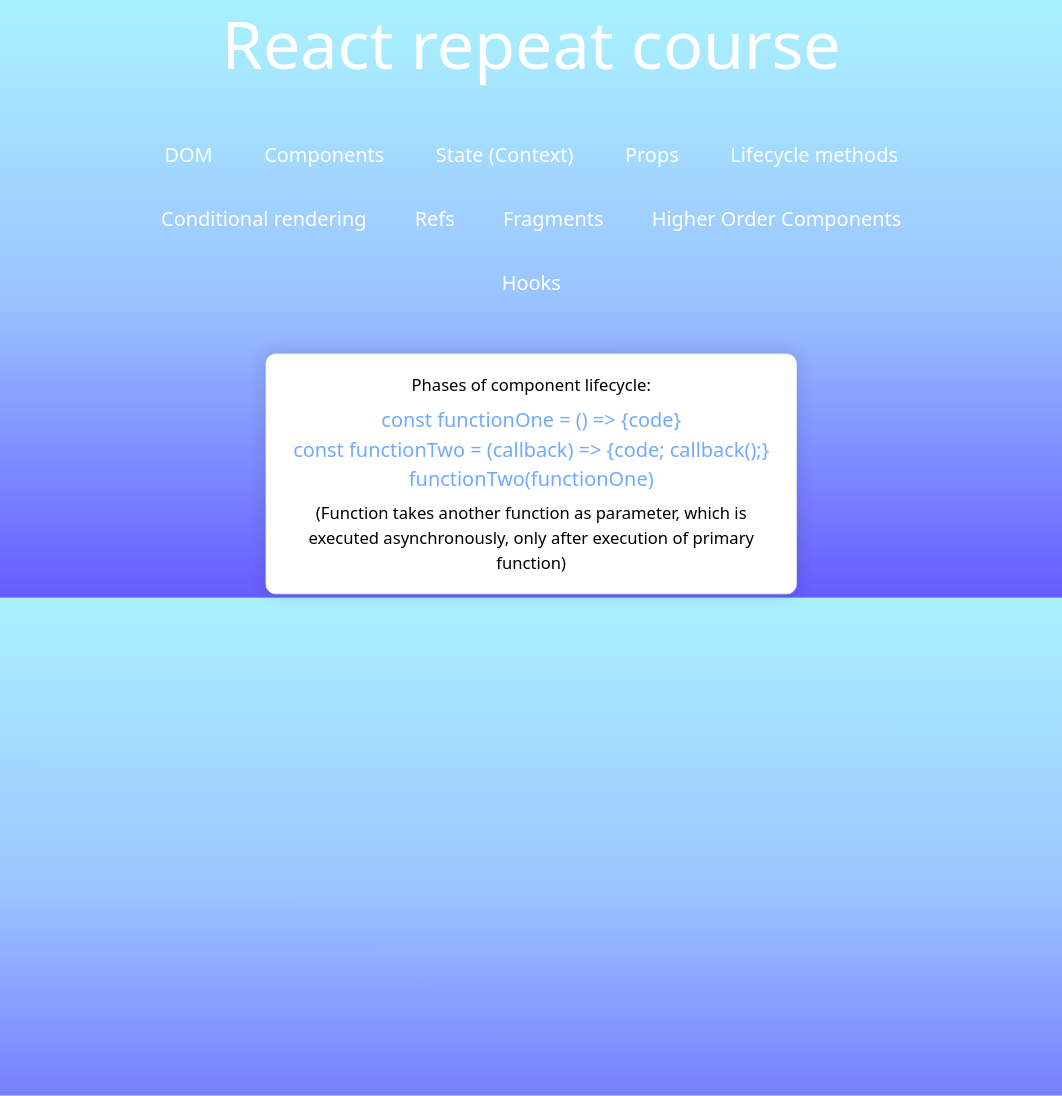
Repository: michalgornicki/github
Page: /#/Lifecycle
The author's editor kept a copy of each file at every save. The page is drawn from the files as they stood at one save, then again after a run of saves.
The browser window is 1280 px wide. The pictures show the whole page, at 83% of full size.
Backgrounds fixed to the window are drawn as part of the page. The project was rebuilt for these pictures with package versions that can differ from the ones it lists, and the page was loaded fresh each time. Also part of the build but not shown: src/components/dom.jsx, src/components/components.jsx, src/components/state.jsx, src/components/props.jsx, src/components/conditional.jsx, src/components/refs.jsx, src/components/fragments.jsx, src/components/hoc.jsx and 1 more.

Above is the page before, as saved 2022-02-07 13:04:47.

### src/App.jsx
import React from "react";
import "./App.css";
import "bootstrap/dist/css/bootstrap.min.css";
import { Route, HashRouter as Router, Routes, Link } from "react-router-dom";
import DOM from "./components/dom.jsx";
import Components from "./components/components.jsx";
import State from "./components/state.jsx";
import Props from "./components/props.jsx";
import Lifecycle from "./components/lifecycle.jsx";
import Conditional from "./components/conditional.jsx";
import Refs from "./components/refs.jsx";
import Fragments from "./components/fragments.jsx";
import HOC from "./components/hoc.jsx";
import Hooks from "./components/hooks.jsx";

const App = () => {
  return (
    <Router>
      <div className="text-center">
        <div className="display-1 mt-1 mb-5 text-white">React repeat course</div>

        <div className="h4 d-flex w-75 m-auto my-5 justify-content-evenly flex-wrap text-white">
          <Link className="link-style m-3" to="/">
            DOM
          </Link>
          <Link className="link-style m-3" to="/Components">
            Components
          </Link>
          <Link className="link-style m-3" to="/State">
            State (Context)
          </Link>
          <Link className="link-style m-3" to="/Props">
            Props
          </Link>
          <Link className="link-style m-3" to="/Lifecycle">
            Lifecycle methods
          </Link>
          <Link className="link-style m-3" to="/Conditional">
            Conditional rendering
          </Link>
          <Link className="link-style m-3" to="/Refs">
            Refs
          </Link>
          <Link className="link-style m-3" to="/Fragments">
            Fragments
          </Link>
          <Link className="link-style m-3" to="/HOC">
            Higher Order Components
          </Link>
          <Link className="link-style m-3" to="/Hooks">
            Hooks
          </Link>
        </div>

        <Routes>
          <Route path="/" element={<DOM />} />
          <Route path="/Components" element={<Components />} />
          <Route path="/State" element={<State />} />
          <Route path="/Props" element={<Props />} />
          <Route path="/Lifecycle" element={<Lifecycle />} />
          <Route path="/Conditional" element={<Conditional />} />
          <Route path="/Refs" element={<Refs />} />
          <Route path="/Fragments" element={<Fragments />} />
          <Route path="/HOC" element={<HOC />} />
          <Route path="/Hooks" element={<Hooks />} />
        </Routes>
      </div>
    </Router>
  );
};

export default App;

### src/App.css
@import url('https://fonts.googleapis.com/css2?family=Catamaran:wght@400&display=swap');

body{
    font-family: 'Catamaran', sans-serif;
    overflow-x: hidden;
    padding-bottom: 80vh;
    height: auto;
    background: linear-gradient(rgb(170, 242, 255), rgb(155, 195, 255), rgb(102, 92, 255));
    background-attachment: fixed;
}

.js-item{
    color:rgb(0, 0, 0);
    font-size: 1.25rem;
    background-color: white;
    transition: 0.2s;
    padding: 3vh;
    margin-bottom: 4vh!important;
    border: 1px solid rgb(240, 240, 240);
    width: 50%;
    margin-left: auto;
    margin-right: auto;
    box-shadow: 0px 0px 20px rgba(0, 0, 0, 0.15);
    border-radius: 0.75rem;
}

.js-item:hover{
    cursor: pointer;
    background-color: rgb(240, 240, 240);
}

.text-color{
    margin: auto;
    padding: 0.5rem;
    width: fit-content;
    color:rgb(113, 170, 255)!important;
    font-size: 1.5rem;
    border-radius: 1rem;
}

.link-style{
    color: inherit;
    text-decoration: inherit;
    padding: 0.5rem;
    border-radius: 0.5rem;
}

.link-style:hover{
    color: rgb(113, 170, 255);
    text-decoration: inherit;
}

@media only screen and (max-device-width: 600px), (max-width: 600px) {

    .js-item{
        width: 95%;
    }

}

### src/components/lifecycle.jsx
const Lifecycle = () => {
  return (
    <div className="">
      <div className="js-item">
        {" "}
        <div className="">Phases of component lifecycle: </div>
        <div className="text-color">
          {`const functionOne = () => {code}`} <br />
          {`const functionTwo = (callback) => {code; callback();}`} <br />
          {`functionTwo(functionOne)`}{" "}
        </div>{" "}
        (Function takes another function as parameter, which is executed asynchronously, only after execution of primary function)
      </div>
    </div>
  );
};

export default Lifecycle;

Loaded but not shown: public/index.html (common file); src/index.js (common file); src/index.css (common file); src/reportWebVitals.js (common file)

After the next 2 saves:
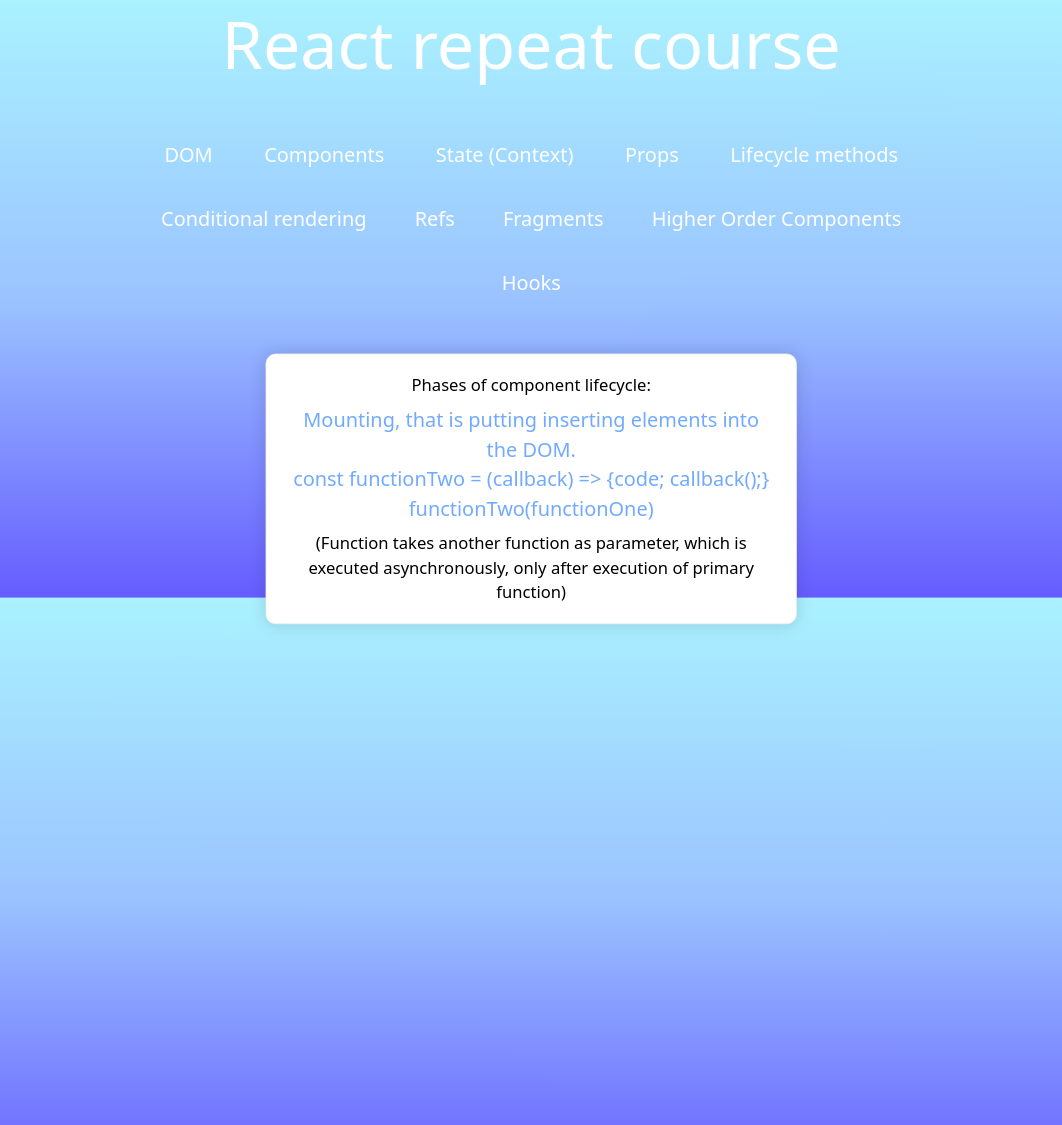
The 2 saves are shown as one change because they came seconds apart.
The last was saved 11 s later.
--- a/src/components/lifecycle.jsx
+++ b/src/components/lifecycle.jsx
@@ -5,7 +5,7 @@
         {" "}
         <div className="">Phases of component lifecycle: </div>
         <div className="text-color">
-          {`const functionOne = () => {code}`} <br />
+          {`Mounting, that is putting inserting elements into the DOM.`} <br />
           {`const functionTwo = (callback) => {code; callback();}`} <br />
           {`functionTwo(functionOne)`}{" "}
         </div>{" "}
